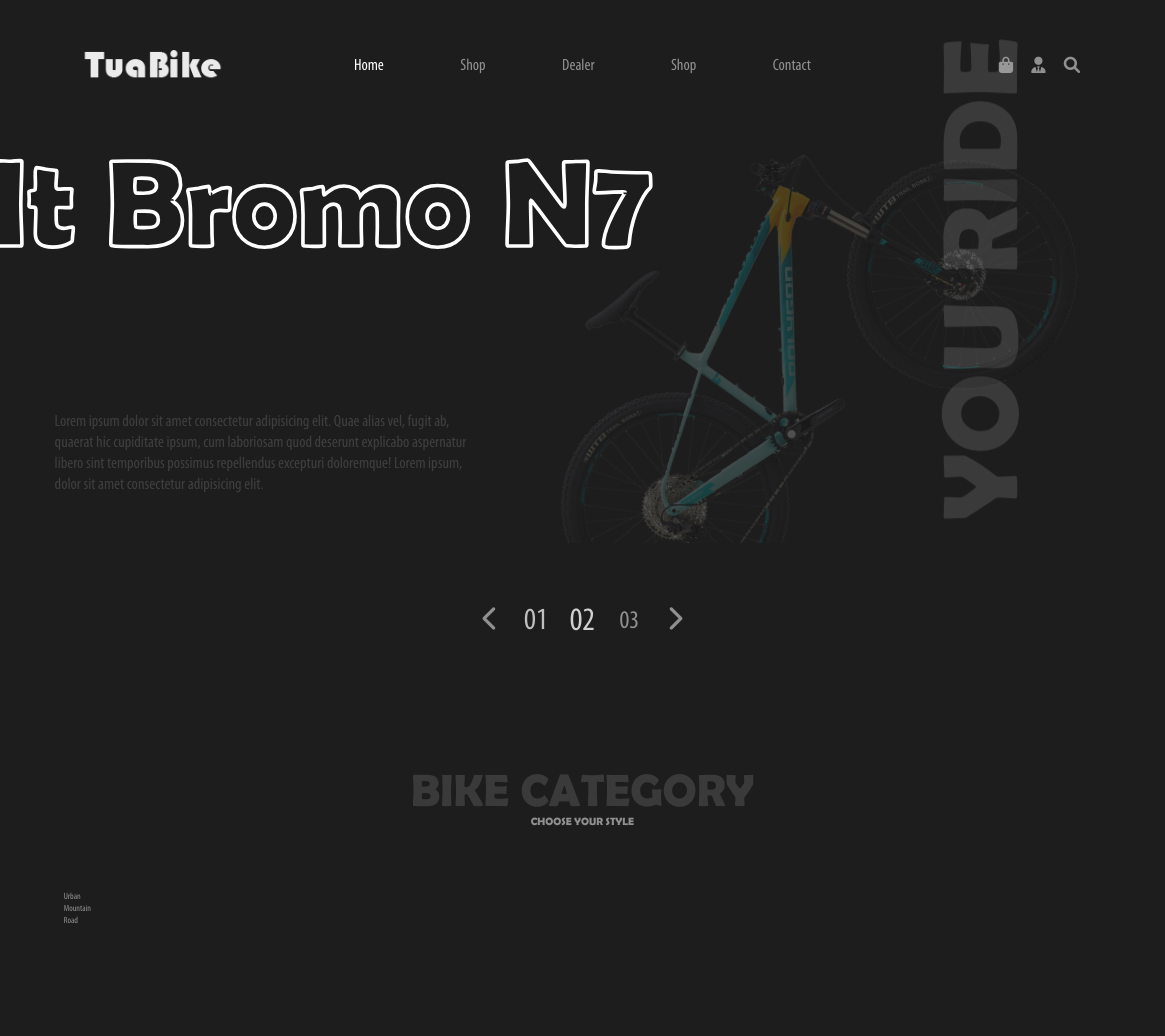
Repository: phamhuuloc/TourBike
Page: index.html
The author's editor kept a copy of each file at every save. The page is drawn from the files as they stood at one save, then again after the next save.
The browser window is 1280 px wide. The pictures show the whole page, at 91% of full size.

Above is the page before, as saved 2021-11-06 09:47:03.

### index.html
<!DOCTYPE html>
<html lang="en">
  <head>
    <meta charset="UTF-8" />
    <meta http-equiv="X-UA-Compatible" content="IE=edge" />
    <meta name="viewport" content="width=device-width, initial-scale=1.0" />
    <title>Tour Bike</title>
    <!--  font awesome -->
    <link
      rel="stylesheet"
      href="https://cdnjs.cloudflare.com/ajax/libs/font-awesome/6.0.0-beta2/css/all.min.css"
      integrity="sha512-YWzhKL2whUzgiheMoBFwW8CKV4qpHQAEuvilg9FAn5VJUDwKZZxkJNuGM4XkWuk94WCrrwslk8yWNGmY1EduTA=="
      crossorigin="anonymous"
      referrerpolicy="no-referrer"
    />
    <!-- css -->
    <link rel="stylesheet" href="" />
    <link rel="stylesheet" href="./assets/css/main.css" />
  </head>
  <body>
    <!-- Header -->
    <header>
      <!-- logo -->
      <a href="" class="logo">
        <img src="./assets/images/TuaBike.png" alt="" />
      </a>
      <!-- menu -->
      <div class="main-menu-wrapper">
        <ul class="main-menu">
          <li class=""><a href="" class="active">home</a></li>
          <li><a href="">shop</a></li>
          <li><a href="">dealer</a></li>
          <li><a href="">shop</a></li>
          <li><a href="">contact</a></li>
        </ul>
      </div>
      <ul class="user-menu">
        <li>
          <a href="#"><i class="fas fa-shopping-bag"></i></a>
        </li>
        <li>
          <a href="#"><i class="fas fa-user-tie"></i></a>
        </li>
        <li>
          <a href=""><i class="fas fa-search"></i></a>
        </li>
      </ul>
    </header>
    <!-- banner -->
    <section class="banner">
      <div class="slide-container" id="slide">
        <!-- slide item -->
        <div class="slide-item">
          <!-- heading -->
          <div class="slide-heading">
            <!-- title -->
            <h2 class="slide-title">Polygon siskiu</h2>
            <!-- desc -->
            <p class="slide-desc">
              Lorem ipsum dolor sit amet consectetur adipisicing elit. Quae
              alias vel, fugit ab, quaerat hic cupiditate ipsum, cum laboriosam
              quod deserunt explicabo aspernatur libero sint temporibus possimus
              repellendus excepturi doloremque! Lorem ipsum, dolor sit amet
              consectetur adipisicing elit.
            </p>
            <!-- btn -->
            <div class="slide-btn">
              <a href="" class="slide-btn-link">By now</a>
            </div>
          </div>
          <!-- img -->
          <div class="slide-img">
            <img src="./assets/images/MTBROMO_N7_2022.png" alt="" />
          </div>
        </div>
        <!-- slide item -->
        <div class="slide-item">
          <!-- heading -->
          <div class="slide-heading">
            <!-- title -->
            <h2 class="slide-title">mt bromo n7</h2>
            <!-- desc -->
            <p class="slide-desc">
              Lorem ipsum dolor sit amet consectetur adipisicing elit. Quae
              alias vel, fugit ab, quaerat hic cupiditate ipsum, cum laboriosam
              quod deserunt explicabo aspernatur libero sint temporibus possimus
              repellendus excepturi doloremque! Lorem ipsum, dolor sit amet
              consectetur adipisicing elit.
            </p>
            <!-- btn -->
            <div class="slide-btn">
              <a href="" class="slide-btn-link">By now</a>
            </div>
          </div>
          <!-- img -->
          <div class="slide-img">
            <img src="./assets/images/6489548.png" alt="" />
          </div>
        </div>
        <!-- slide item -->
        <div class="slide-item">
          <!-- heading -->
          <div class="slide-heading">
            <!-- title -->
            <h2 class="slide-title">cascade mount</h2>
            <!-- desc -->
            <p class="slide-desc">
              Lorem ipsum dolor sit amet consectetur adipisicing elit. Quae
              alias vel, fugit ab, quaerat hic cupiditate ipsum, cum laboriosam
              quod deserunt explicabo aspernatur libero sint temporibus possimus
              repellendus excepturi doloremque! Lorem ipsum, dolor sit amet
              consectetur adipisicing elit.
            </p>
            <!-- btn -->
            <div class="slide-btn">
              <a href="" class="slide-btn-link">By now</a>
            </div>
          </div>
          <!-- img -->
          <div class="slide-img">
            <img src="./assets/images/b1.png" alt="" />
          </div>
        </div>
        <!-- background tittle -->
        <div class="slide-txt">you ride</div>
        <!-- slide control -->
        <ul class="slide-control">
          <li class="slide-prev"><i class="fas fa-chevron-left"></i></li>
          <li class="slide-control-item active">01</li>
          <li class="slide-control-item">02</li>
          <li class="slide-control-item">03</li>
          <li class="slide-next"><i class="fas fa-chevron-right"></i></li>
        </ul>
      </div>
    </section>
    <!-- category section -->
    <section class="section">
      <div class="section-title">
        <h3 class="second-title">Bike category</h3>
        <h3 class="main-title">choose your style</h3>
      </div>
      <div class="section-container">
        <div class="row">
          <div class="col-4">
            <div class="category-img">
              <div
                class="category-img-inner"
                style="
                  background-image: url(./assets/images/alvan-nee-EHILKZNmTuA-unsplash.jpg);
                "
              ></div>
              <div class="category-title">Urban</div>
            </div>
          </div>
          <div class="col-4">
            <div class="category-img">
              <div
                class="category-img-inner"
                style="
                  background-image: url(./assets/images/eberhard-grossgasteiger-8lDkmXnKo7s-unsplash.jpg);
                "
              ></div>
              <div class="category-title">Mountain</div>
            </div>
          </div>
          <div class="col-4">
            <div class="category-img">
              <div
                class="category-img-inner"
                style="
                  background-image: url(./assets/images/tom-austin-3L76b-LMyeI-unsplash.jpg);
                "
              ></div>
              <div class="category-title">Road</div>
            </div>
          </div>
        </div>
      </div>
    </section>
    <script src="./assets/js/main.js"></script>
  </body>
</html>

### assets/css/main.css
@font-face {
  font-family: MyriadProCondensed;
  src: url(../fonts/MyriadProCondensed/MyriadProCondensed.ttf);
}
@font-face {
  font-family: BerlinSansFBDemiBold;
  src: url(../fonts/BerlinSansFBDemiBold/BerlinSansFBDemiBold.ttf);
}
:root {
  --main-color: #1d1d1d;
  --second-color: #3a3a3a;
  --text-color: #bbbb;
  --text-white: #fff;

  --header-height: 144px;
  --header-padding: 93px;
}
* {
  padding: 0;
  margin: 0;
  box-sizing: border-box;
  user-select: none;
}
html {
  font-size: 62.5%;
  scroll-behavior: smooth;
}
ul {
  list-style: none;
}
a {
  text-decoration: none;
  color: var(--text-color);
}
img {
  max-width: 100%;
}
body {
  background-color: var(--main-color);
  color: var(--text-color);
  font-family: MyriadProCondensed, sans-serif;
  overflow-x: hidden;
}
/* header */
header {
  position: fixed;
  top: 0;
  left: 0;
  z-index: 99;
  width: 100%;
  height: var(--header-height);
  background-color: transparent;
  display: flex;
  align-items: center;
  justify-content: space-between;
  padding: 0 var(--header-padding);
  transition: height 0.3s ease;
}
header.shrink {
  height: 6rem;
  background-color: var(--second-color);
}
.main-menu-wrapper {
  position: absolute;
  inset: 0;
  display: flex;
  align-items: center;
  justify-content: center;
  pointer-events: none;
}
.main-menu {
  display: flex;
  pointer-events: visible;
}
.main-menu > li > a {
  text-transform: capitalize;
  font-size: 1.8rem;
  color: var(--text-color);
  transform: all 0.3s ease;
}
.main-menu > li > a.active {
  color: var(--text-white);
}
.main-menu > li ~ li {
  margin-left: 84px;
}
.main-menu > li > a:hover,
.user-menu > li > a:hover {
  transition: all 0.3s ease;
  color: var(--text-white);
}
.user-menu {
  display: flex;
  align-items: center;
  justify-content: center;
}
.user-menu > li > a > i {
  font-size: 1.8rem;
}
.user-menu > li ~ li {
  margin-left: 2rem;
}
/* banner */
.banner {
  position: relative;
  height: 100vh;
  padding-top: var(--header-height);
}
.slide-item {
  display: flex;
  height: 0;
  overflow: hidden;
}
.slide-item.active {
  height: 100%;
}
.slide-img {
  width: 58%;
  padding-right: 8rem;
  padding-top: 4rem;
  z-index: 1;
}
.slide-img img {
  width: 100%;
  transform: rotate(-70deg);
  opacity: 0;
  transition: transform 1s cubic-bezier(0.175, 0.885, 0.32, 1.275),
    opacity 0.6s ease 0s;
}
.slide-item.active .slide-img img {
  transform: rotate(0);
  opacity: 1;
}
.slide-heading {
  width: 42%;
  padding-left: 6rem;
}
.slide-title {
  width: max-content;
  font-size: 13.6rem;
  text-transform: capitalize;
  font-family: BerlinSansFBDemiBold;
  color: var(--text-white);
  -webkit-text-fill-color: transparent;
  -webkit-text-stroke-width: 4px;
  transform: translateX(-200px);
  transition: all 0.5s ease;
}
.slide-item.active .slide-title {
  transform: translateX(0);
}

.slide-desc,
.slide-btn {
  margin-top: 8.4rem;
}

.slide-desc {
  font-size: 1.8rem;
  transition: 0.3s;
}

.slide-btn {
  display: inline-block;
}
.slide-btn-link {
  font-size: 2rem;
  font-weight: 700;
  padding: 10px 50px;
  background-color: white;
  color: var(--main-color);
  cursor: pointer;
  text-transform: uppercase;
  transition: all 0.3s ease 0s;
}
.slide-item.active .slide-btn:hover {
  transition: all 0.2s ease;
  transform: translateY(-10px);
}
.slide-desc,
.slide-btn {
  transform: translateY(100px);
  opacity: 0;
  transition: transform 0.5s ease, opacity 0.5s ease;
}
.slide-btn {
  transition-delay: 0.2s;
}
.slide-item.active .slide-desc,
.slide-item.active .slide-btn {
  transform: translateY(0);
  opacity: 1;
}
.slide-txt {
  position: absolute;
  top: 240px;
  right: -60px;
  transform: rotate(-90deg);
  font-size: 11.75rem;
  font-family: BerlinSansFBDemiBold;
  color: var(--second-color);
  text-transform: uppercase;
}
.slide-control {
  position: absolute;
  left: 50%;
  bottom: 20px;
  transform: translateX(-50%);
  display: flex;
  align-items: center;
  justify-content: center;
}

.slide-control > li {
  font-size: 2.8rem;
  cursor: pointer;
  transition: all 0.3s ease;
}
.slide-control > li.active {
  transform: scale(1.5);
  color: var(--text-white);
}
.slide-control > li:hover {
  color: var(--text-white);
}
.slide-control > li ~ li {
  margin-left: 3rem;
}
/* section */
.section {
  padding: 12rem 0;
}
.section-container {
  padding: 7rem 7rem 0;
}
.section-title {
  font-family: BerlinSansFBDemiBold;
  text-align: center;
  position: relative;
}
.section-title > h3 {
  text-transform: uppercase;
}
.second-title {
  font-size: 5rem;
  color: var(--second-color);
  /* position: absolute; */
  /* top: 24%;
  bottom: 40%;
  z-index: -1; */
}

### assets/js/main.js
let banner_slide = document.querySelector("#slide");
let banner_slide_items = banner_slide.querySelectorAll(".slide-item");
let banner_slide_index = 0;
let banner_slide_play = true;
let banner_slide_control_items = banner_slide.querySelectorAll(
  ".slide-control-item"
);
let slide_prev = banner_slide.querySelector(".slide-prev");
let slide_next = banner_slide.querySelector(".slide-next");

showSlide = (index) => {
  banner_slide.querySelector(".slide-item.active").classList.remove("active");
  banner_slide_items[index].classList.add("active");

  banner_slide
    .querySelector(".slide-control-item.active")
    .classList.remove("active");
  banner_slide_control_items[index].classList.add("active");
};
nextSlide = () => {
  banner_slide_index =
    banner_slide_index + 1 === banner_slide_items.length
      ? 0
      : banner_slide_index + 1;
  showSlide(banner_slide_index);
};
prevSlide = () => {
  banner_slide_index =
    banner_slide_index - 1 < 0
      ? banner_slide_items.length - 1
      : banner_slide_index - 1;
  showSlide(banner_slide_index);
};
slide_next.addEventListener("click", () => nextSlide());
slide_prev.addEventListener("click", () => prevSlide());
// add event to slide select
banner_slide_control_items.forEach((item, index) => {
  item.addEventListener("click", () => showSlide(index));
});
// pause slide when mouse come in slider
banner_slide.addEventListener("mouseover", () => (banner_slide_play = false));
// resume slide  when mouse log out slider
banner_slide.addEventListener("mouseleave", () => (banner_slide_play = true));
setTimeout(() => {
  banner_slide_items[0].classList.add("active");
}, 200);

// auto next slide
setInterval(() => {
  if (!banner_slide_play) return;
  nextSlide();
}, 5000);

After the next save:
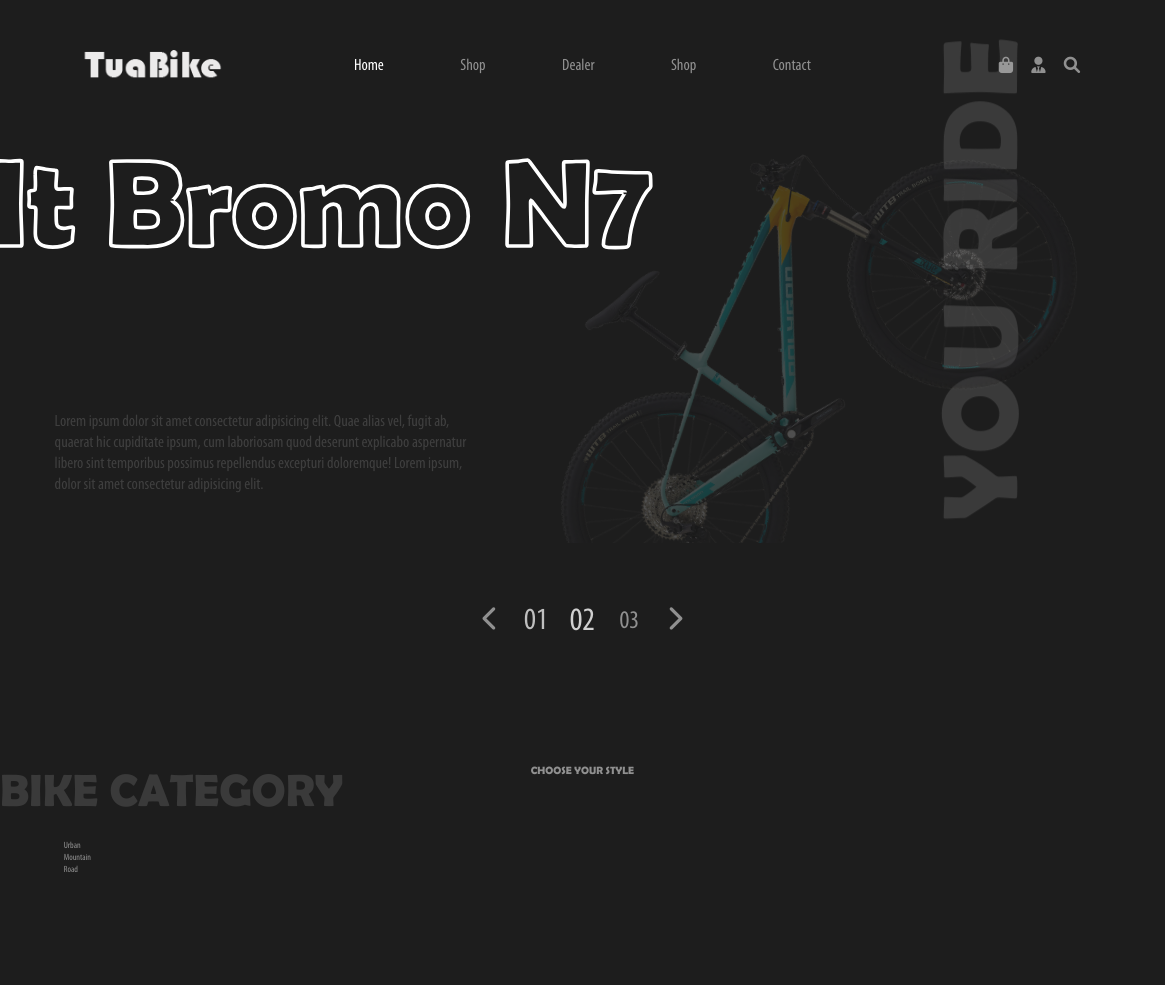
Saved 7 s later.
--- a/assets/css/main.css
+++ b/assets/css/main.css
@@ -244,8 +244,8 @@
 .second-title {
   font-size: 5rem;
   color: var(--second-color);
-  /* position: absolute; */
+  position: absolute; */
   /* top: 24%;
   bottom: 40%;
-  z-index: -1; */
-}
+  z-index: -1;
+}
